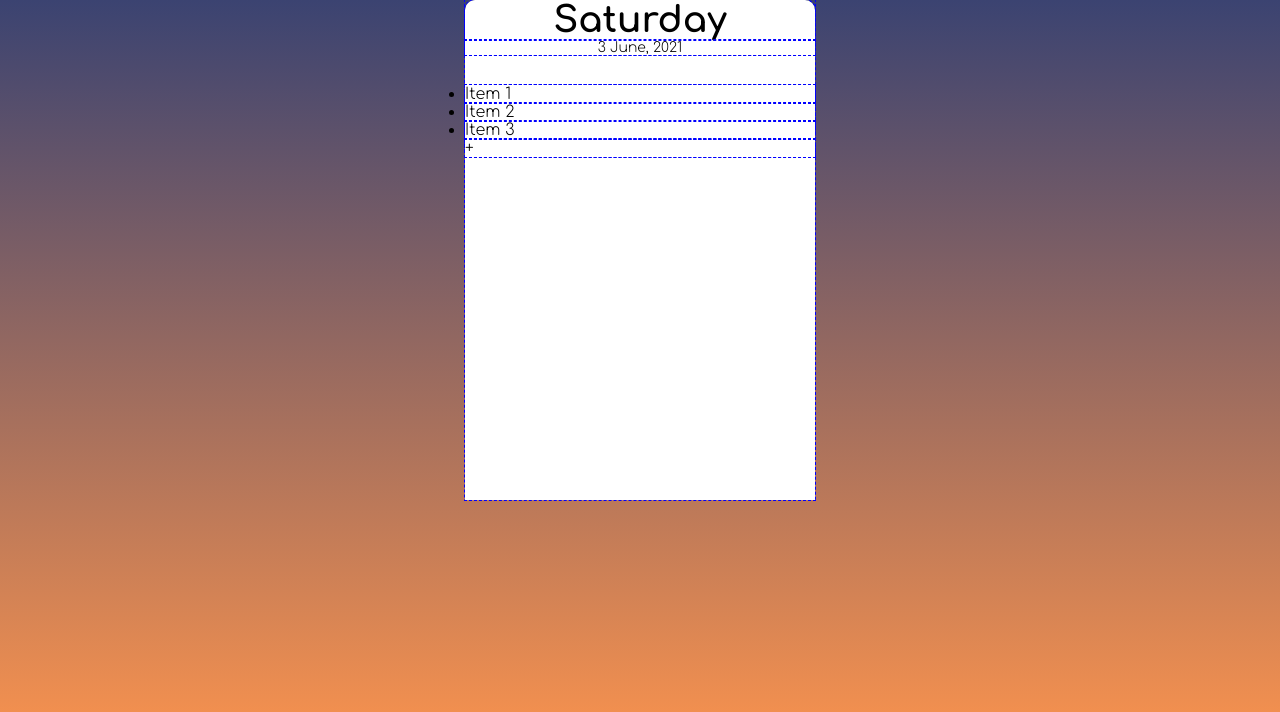
Repository: Colo-Codes/mini-projects
Page: todo-app/index.html
An editor plug-in stored every save of this project. The page is shown before and after the next save, followed by the edit.
The browser window is 1280 px wide. The pictures show the whole page.

Above is the page before, as saved 2021-07-04 11:12:05.

After the next save:
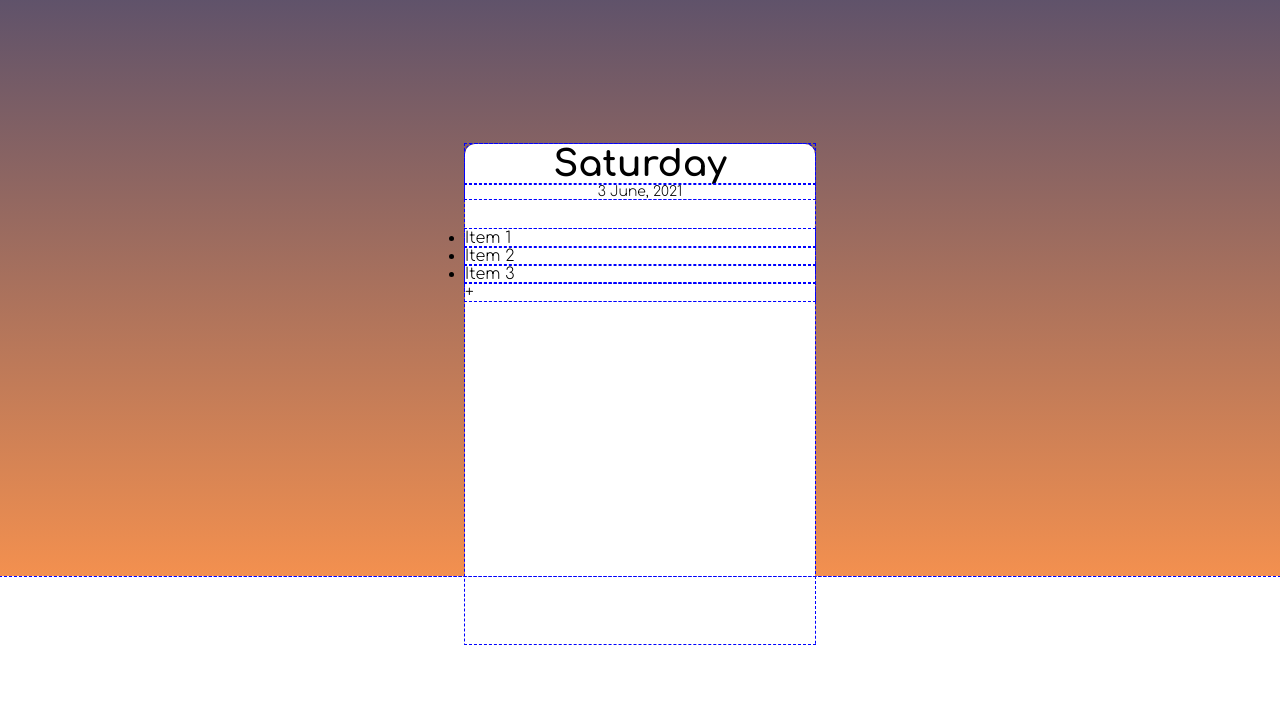
Saved 8 s later.
--- a/todo-app/css/index.css
+++ b/todo-app/css/index.css
@@ -23,6 +23,7 @@ body {
 .changing-background {
     height: 100vh;
     margin-top: -20vh;
+    padding-top: 20vh;
     background: #f3904f; /* fallback for old browsers */
     background: -webkit-linear-gradient(
         to bottom,
